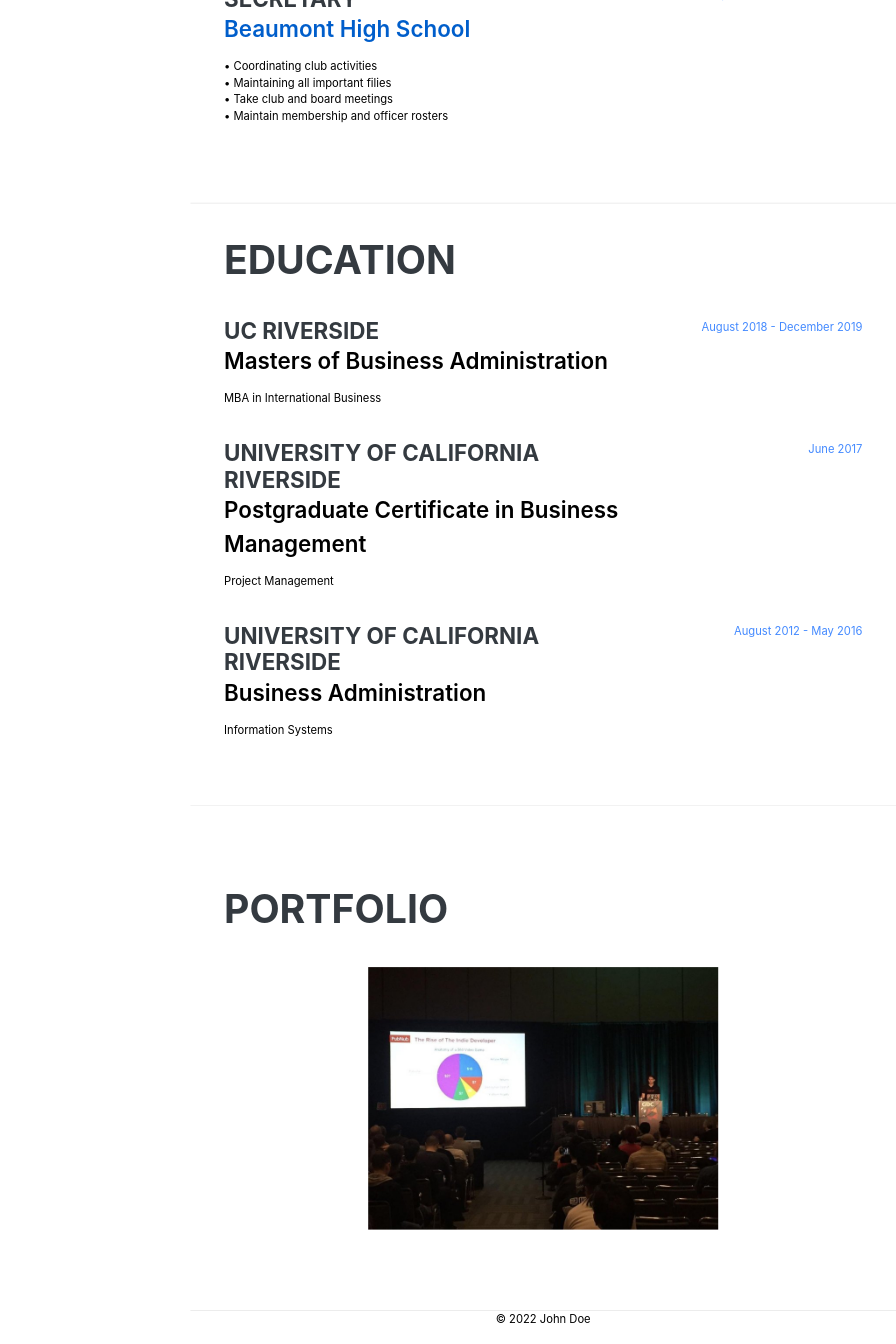
Repository: vmoua1129/vmoua1129-Resume
Page: LearnCS8-Resume/index.html
The author's editor kept a record of every edit. The page is drawn from the files as they stood at one moment, then again after the next edit.
The browser window is 1280 px wide. The pictures show the part of the page from y = 1382 to 3302 px (the page is 3302 px tall before and 3278 px after), at 70% of full size.
Some web fonts or font styles are not loaded; a fallback is used.

Above is the page before.

After the next edit:
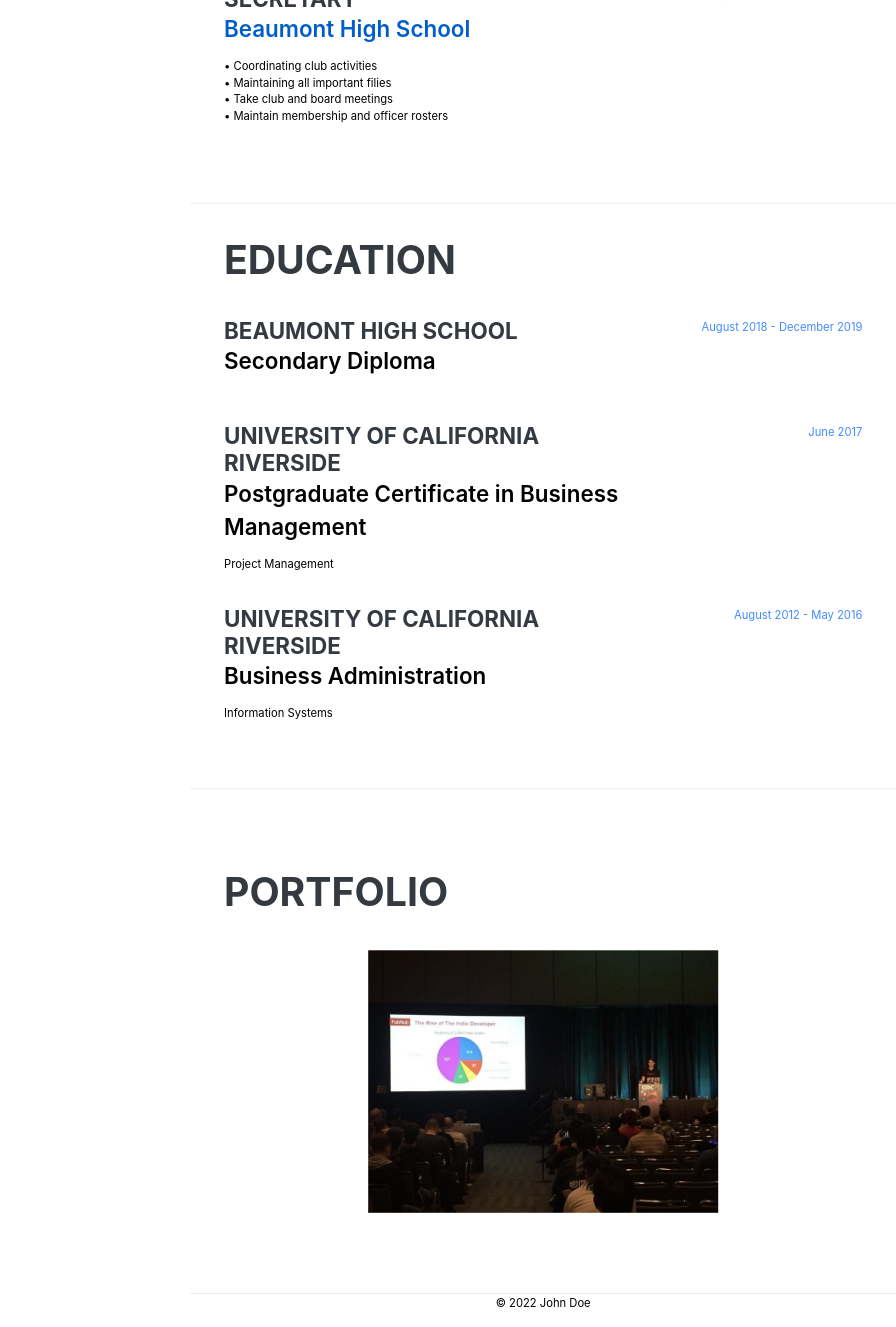
The edit:
--- a/LearnCS8-Resume/index.html
+++ b/LearnCS8-Resume/index.html
@@ -149,9 +149,8 @@
 
         <div class="resume-item d-flex flex-column flex-md-row justify-content-between mb-5 education">
           <div class="resume-content">
-            <h3 class="mb-0">UC Riverside</h3>
-            <div class="subheading mb-3">Masters of Business Administration</div>
-            <div>MBA in International Business</div>
+            <h3 class="mb-0">Beaumont High School</h3>
+            <div class="subheading mb-3">Secondary Diploma</div>
           </div>
           <div class="resume-date text-md-right">
             <span class="text-primary">August 2018 - December 2019</span>
